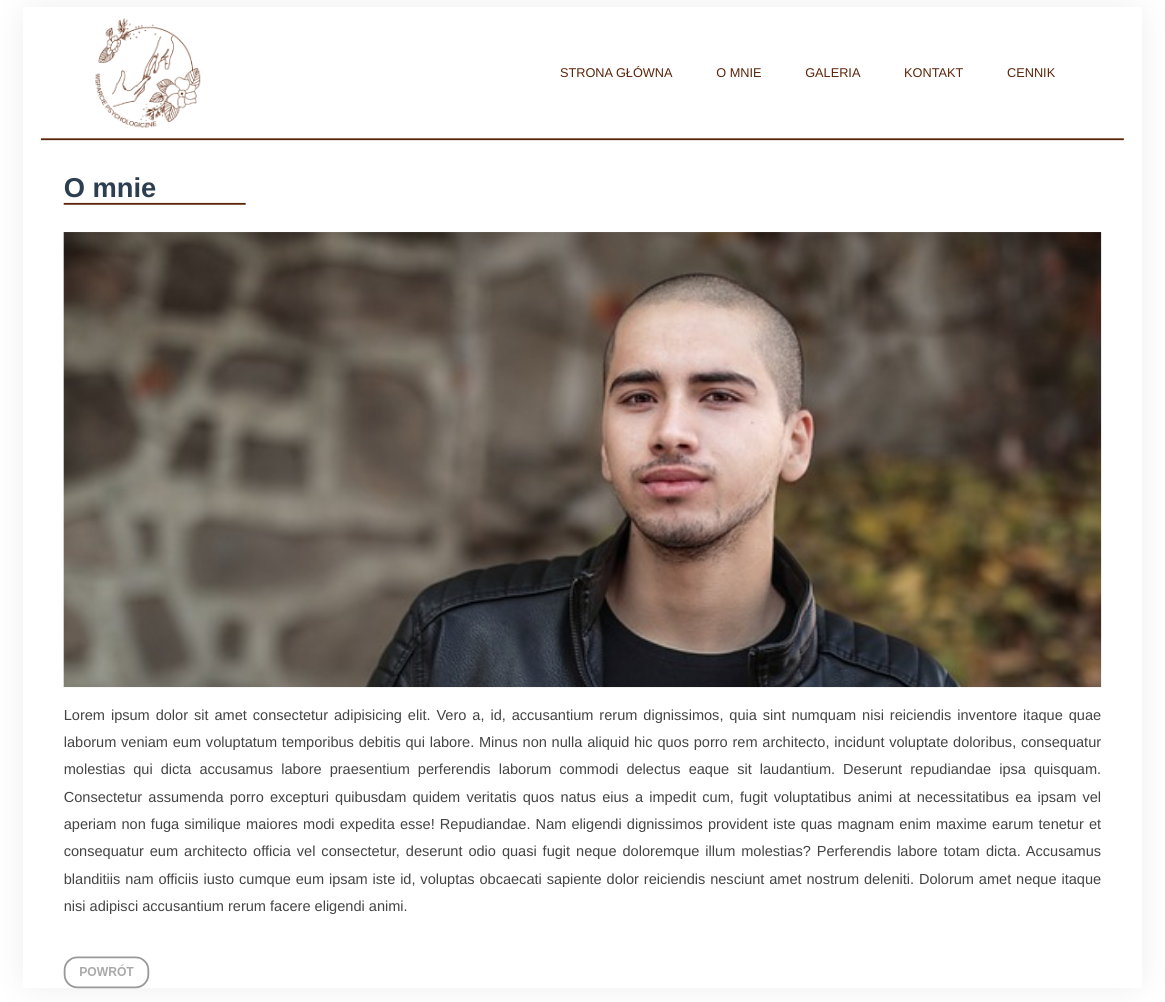
Repository: Kondzioor/szczepan-page
Page: /about
These files come from the project's save history. The page is drawn as it stood at one moment and after the next save; the edit follows.
The browser window is 1280 px wide. The pictures show the whole page, at 91% of full size.
Some web libraries are served in a nearby version. The project was rebuilt for these pictures with package versions that can differ from the ones it lists, and the page was loaded fresh each time. Also part of the build but not shown: src/views/Home.vue.

Above is the page before, as saved 2022-03-28 21:17:06.

### public/index.html
<!DOCTYPE html>
<html lang="">
  <head>
    <meta charset="utf-8">
    <meta http-equiv="X-UA-Compatible" content="IE=edge">
    <meta name="viewport" content="width=device-width,initial-scale=1.0">
    <link rel="icon" href="<%= BASE_URL %>favicon.ico">
    <title><%= htmlWebpackPlugin.options.title %></title>
    <script src="https://kit.fontawesome.com/c0ecb9f799.js" crossorigin="anonymous"></script>
  </head>
  <body>
    <noscript>
      <strong>We're sorry but <%= htmlWebpackPlugin.options.title %> doesn't work properly without JavaScript enabled. Please enable it to continue.</strong>
    </noscript>
    <div id="app"></div>
    <!-- built files will be auto injected -->
  </body>
</html>

### src/App.vue
<template>
 <div class="app">
   <Navbar />
   <router-view></router-view>
 </div>
</template>
<script>
import Navbar from './components/Navbar.vue'
export default {
  components:{
    Navbar,
  }
}
</script>

<style lang="scss">
.app {
  font-family: Avenir, Helvetica, Arial, sans-serif;
  -webkit-font-smoothing: antialiased;
  -moz-osx-font-smoothing: grayscale;
  color: #2c3e50;
  width: 100%;
  box-sizing: border-box;
  max-width:  1230px;
  min-height: 100vh;
  margin: 0 auto;
  padding: 0 20px;
  box-shadow: 0 0 35px #eee ;
}
a{
  text-decoration: none;
}
ul li{
  list-style: none;
}
button{
  border: none;
  outline: none;
  background: transparent;
  cursor: pointer;
}
</style>

### src/router/index.js
import { createRouter, createWebHistory } from 'vue-router'
import Home from '../views/Home.vue'
import AboutUs from '../views/AboutUs.vue'

const routes = [
  {
    path: '/',
    name: 'Home',
    component: Home
  },
  {
    path: '/about',
    name: 'AboutUs',
    component: AboutUs
  }
]

const router = createRouter({
  history: createWebHistory(process.env.BASE_URL),
  routes
})

export default router

### src/components/Navbar.vue
<template>
    <div class="header">
        <nav>
            <div class="branding">
                <img class="logo" src="../assets/logo/logo.png" alt="">
            </div>
            <ul v-if="!mobile" class="navigation">
                <li ><a class="link" href="#" @click="homePush">Strona główna</a></li>
                <li ><a class="link" href="#" @click="aboutUsPush">O mnie</a></li>
                <li ><a class="link" href="#">Galeria</a></li>
                <li ><a class="link" href="#">Kontakt</a></li>
                <li ><a class="link" href="#">Cennik</a></li>
            </ul>

            <div class="icon">
                <i @click="toggleMobileNav" v-show="mobile" class="fas fa-bars" :class="{'icon-active': mobileNav}"></i>
            </div>
            <transition name="mobile-nav">
                <ul v-if="mobileNav" class="dropdown-nav">
                <li ><a class="link" href="#" @click="homePush">Strona główna</a></li>
                <li ><a class="link" href="#" @click="aboutUsPush">O mnie</a></li>
                <li ><a class="link" href="#">Galeria</a></li>
                <li ><a class="link" href="#">Kontakt</a></li>
                <li ><a class="link" href="#">Cennik</a></li>
                </ul>
            </transition>
        </nav>
    </div>
</template>
<script>
import { useRouter } from "vue-router";
export default {

    data(){
        return{
            router: useRouter(),
            mobile: null,
            mobileNav: null,
            windowWidth: null,
        }
    },
    computed:{

  },
  methods:{
    toggleMobileNav(){
        this.mobileNav = !this.mobileNav
    },
    homePush(){
        this.router.push('/')
    },
    aboutUsPush(){
      this.router.push('/about')
    },

    checkScreen(){
        this.windowWidth = window.innerWidth;
        if(this.windowWidth <= 920){
            this.mobile = true
            return
        }
        this.mobile = false;
        this.mobileNav = false;
        return
    },
  },
  created(){
      window.addEventListener('resize',this.checkScreen);
      this.checkScreen();
  },
}
</script>
<style scoped>
.header{
    max-width:  1230px;
    background-color: white;
    width: 100%;
    border-bottom: 2px solid #5b250a;
    position: relative;
    transition: 0.5s ease all;
    color: #5b250a;
}
.logo{
    cursor: pointer;
}
nav{
    display: flex;
    flex-direction: row;
    padding: 12px 0;
    transition: .5s ease all;
    width:90%;
    margin: 0 auto;
    align-items: center;
}
ul,
.link {
    font-weight: 500;
    color: #5b250a;
    list-style: none;
    text-decoration: none;
}
li{
    text-transform: uppercase;
    padding: 16px;
    margin-left: 16px;
}
.link{
    font-size: 14px;
    transition: .5s ease all;
    padding-bottom: 4px;
    border-bottom: 1px solid transparent;
}
.link:hover{
    color: rgb(81,167,38);
    border-color: rgb(81,167,38);

}
.branding{

    display: flex;
    align-items: center;

}
.branding img{
    width:100%;
    transition: .5s ease all;
}
.navigation{
    display:flex;
    align-items: center;
    flex:1;
    justify-content: flex-end;
}
.icon{
    display: flex;
    align-items: center;
    position: absolute;
    top:0;
    right: 24px;
    height: 100%;
    z-index: 100;
}
i{
    cursor: pointer;
    font-size: 24px;
    transition: .8s ease all;
    margin-right: 40px;
}
.icon-active{
    transform: rotate(180deg);
}
.dropdown-nav{
    display: flex;
    flex-direction: column;
    position: fixed;
    width: 100%;
    max-width: 250px;
    height: 100%;
    background-color: #fff;
    top: 0;
    left: 0;
    z-index: 99;
}
.dropdown-nav li{
    margin-left: 0;

}
.mobile-nav-enter-active,
.mobile-nav-leave-active{
    transition: 1s ease all;
}
.mobile-nav-enter-from,
.mobile-nav-leave-to{
    transform: translateX(-250px)
}
.mobile-nav-enter-to{
    transform: translateX(0)
}

@media (max-width: 420px){
  i{
      margin-right: 10px;
  }
}
@media (max-width: 500px){
  i{
      margin-right: 5px;
  }
}
</style>

### src/views/AboutUs.vue
<template>
<div class="container">
        <div class="inner-container">
                <h1> O mnie
                    <div class="border"></div>
                </h1>
                <section>
                    <div class="photo"></div>
                <p class="text">
               Lorem ipsum dolor sit amet consectetur adipisicing elit. Vero a, id, accusantium rerum dignissimos, quia sint numquam nisi reiciendis inventore itaque quae laborum veniam eum voluptatum temporibus debitis qui labore.
               Minus non nulla aliquid hic quos porro rem architecto, incidunt voluptate doloribus, consequatur molestias qui dicta accusamus labore praesentium perferendis laborum commodi delectus eaque sit laudantium. Deserunt repudiandae ipsa quisquam.
               Consectetur assumenda porro excepturi quibusdam quidem veritatis quos natus eius a impedit cum, fugit voluptatibus animi at necessitatibus ea ipsam vel aperiam non fuga similique maiores modi expedita esse! Repudiandae.
               Nam eligendi dignissimos provident iste quas magnam enim maxime earum tenetur et consequatur eum architecto officia vel consectetur, deserunt odio quasi fugit neque doloremque illum molestias? Perferendis labore totam dicta.
               Accusamus blanditiis nam officiis iusto cumque eum ipsam iste id, voluptas obcaecati sapiente dolor reiciendis nesciunt amet nostrum deleniti. Dolorum amet neque itaque nisi adipisci accusantium rerum facere eligendi animi.
                </p>
                </section>

                <button @click="homePush">Powrót</button>
        </div>
    </div>
</template>
<script>
import { useRouter } from "vue-router";
export default {
    data(){
        return{
             router: useRouter(),
        }
    },
    methods:{
        homePush(){
            this.router.push('/products')
        }
    }
}
</script>
<style scoped>

.container{
    display: flex;
    align-items: center;
    justify-content: center;
    border-radius: 50px;
    margin: 15px 15px;
}
.inner-container{
    padding: 0 10px;
}
.inner-container h1{
    margin-bottom: 30px;
    font-size: 30px;
    font-weight: 800;
}
.border{
    height: 2px;
    width: 200px;
    background-color:#5b250a ;
}
.section{
    display: flex;
    flex-direction: row;
}
.photo{
    height: 500px;
    background-position-x: 65%;
    background-repeat: no-repeat;
    background-size: cover;
    background-image: url('../assets/boy.jpg');
}
.text
{
    font-size: 16px;
    color: #444;
    line-height: 30px;
    text-align: justify;
    margin-bottom: 40px;
}
button{
    border: 2px solid #999;
    color: #aaa;
    border-radius: 15px;
    padding: 8px 15px;
    text-transform: uppercase;
    font-weight: 600;

}
button:hover{
    color: rgb(81,167,38);
    border-color: rgb(81,167,38);
}
span{
    font-weight: bold;
}
@media (max-width: 720px){
    .inner-container{
    padding: 80px 50px;
    }
}
@media (max-width: 500px){
    .inner-container{
    padding: 50px 20px;
    }
}
</style>

Loaded but not shown: src/main.js (common file); src/store/index.js (common file)

After the next save:
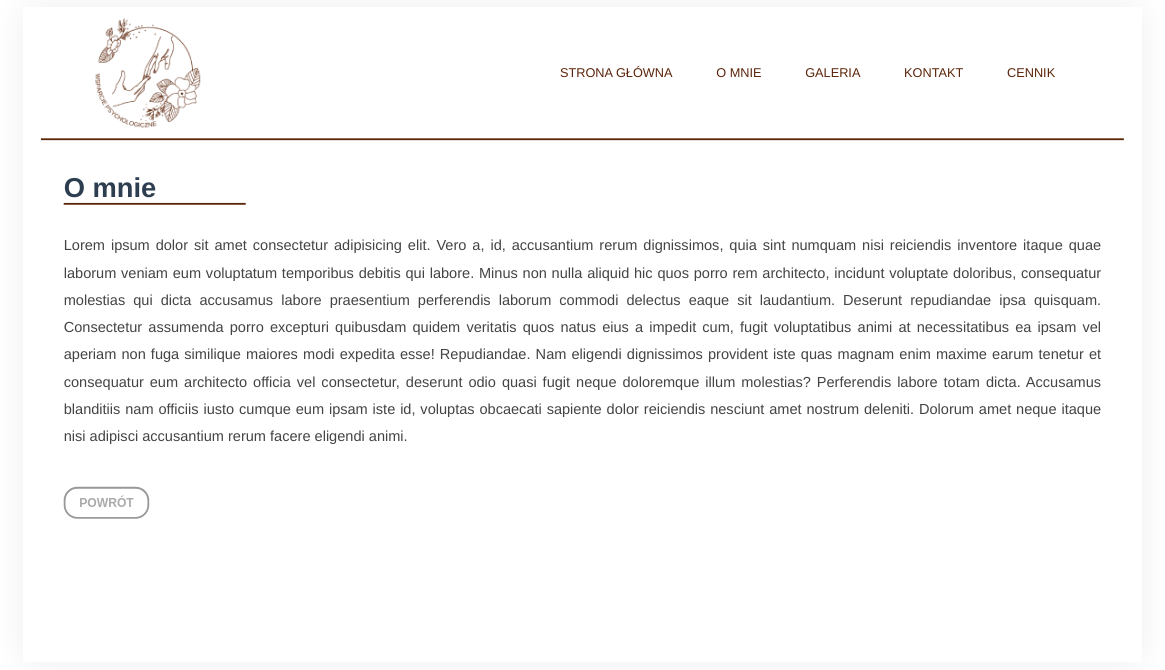
Saved 50 s later.
--- a/src/views/AboutUs.vue
+++ b/src/views/AboutUs.vue
@@ -61,7 +61,8 @@
     flex-direction: row;
 }
 .photo{
-    height: 500px;
+    max-width: 30%;
+    max-height: 500px;
     background-position-x: 65%;
     background-repeat: no-repeat;
     background-size: cover;
